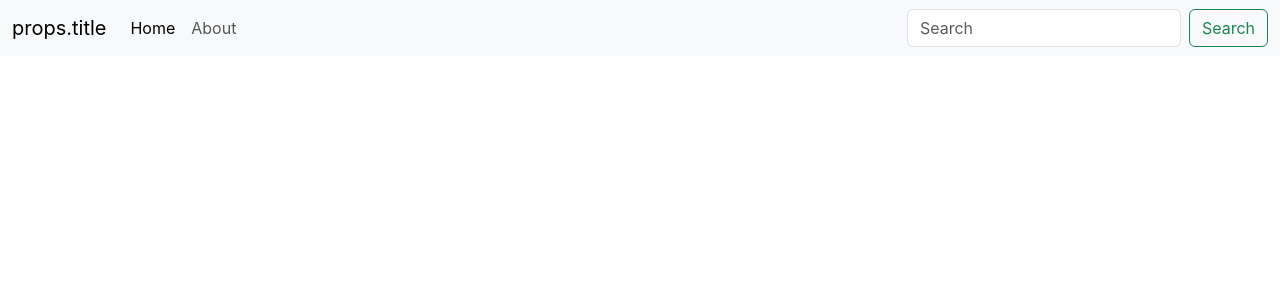
Repository: ASHUTOSH30LUV/news
Page: /
The author's editor kept a copy of each file at every save. The page is drawn from the files as they stood at one save, then again after the next save.
The browser window is 1280 px wide. The pictures show the whole page.
The project was rebuilt for these pictures with package versions that can differ from the ones it lists, and the page was loaded fresh each time. Also part of the build but not shown: src/App.css.

Above is the page before, as saved 2024-07-27 18:17:25.

After the next save:
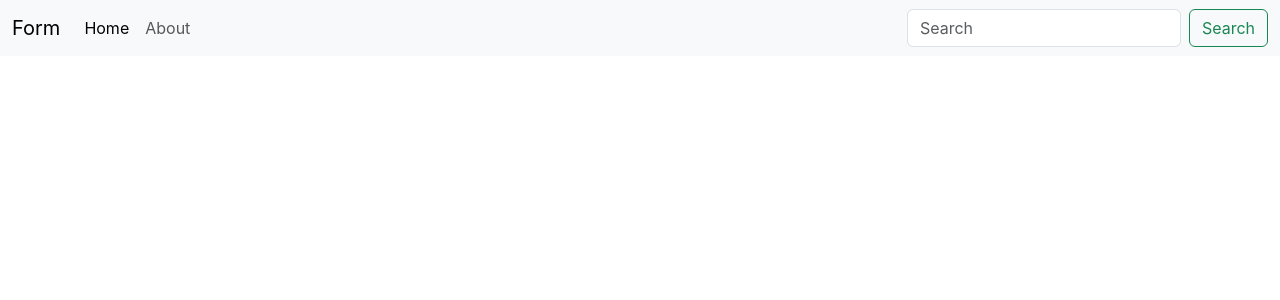
Saved 29 s later.
--- a/src/components/Navbar.js
+++ b/src/components/Navbar.js
@@ -5,7 +5,7 @@
     <div>
         <nav className="navbar navbar-expand-lg bg-body-tertiary" >
             <div className="container-fluid">
-                <a className="navbar-brand" href = "/">props.title</a>
+                <a className="navbar-brand" href = "/">{props.title}</a>
                 <button className="navbar-toggler" type="button" data-bs-toggle="collapse" data-bs-target="#navbarSupportedContent" aria-controls="navbarSupportedContent" aria-expanded="false" aria-label="Toggle navigation">
                 <span className="navbar-toggler-icon"></span>
                 </button>
